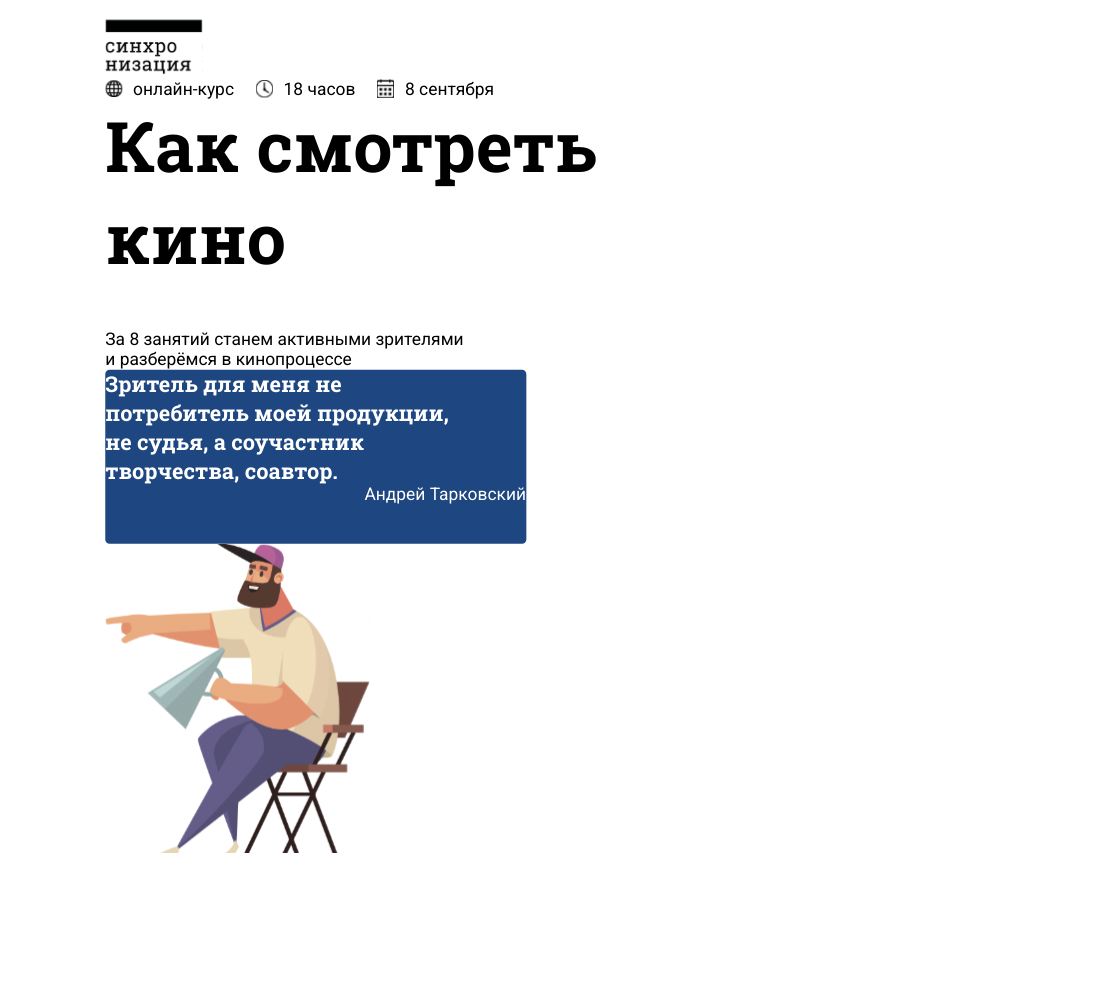
Repository: kubrazamanova/project1
Page: index.html
These files come from the project's save history. The page is drawn as it stood at one moment and after a run of saves; the edit follows.
The browser window is 1280 px wide. The pictures show the whole page, at 87% of full size.

Above is the page before, as saved 2023-09-09 12:52:42.

After the next 3 saves:
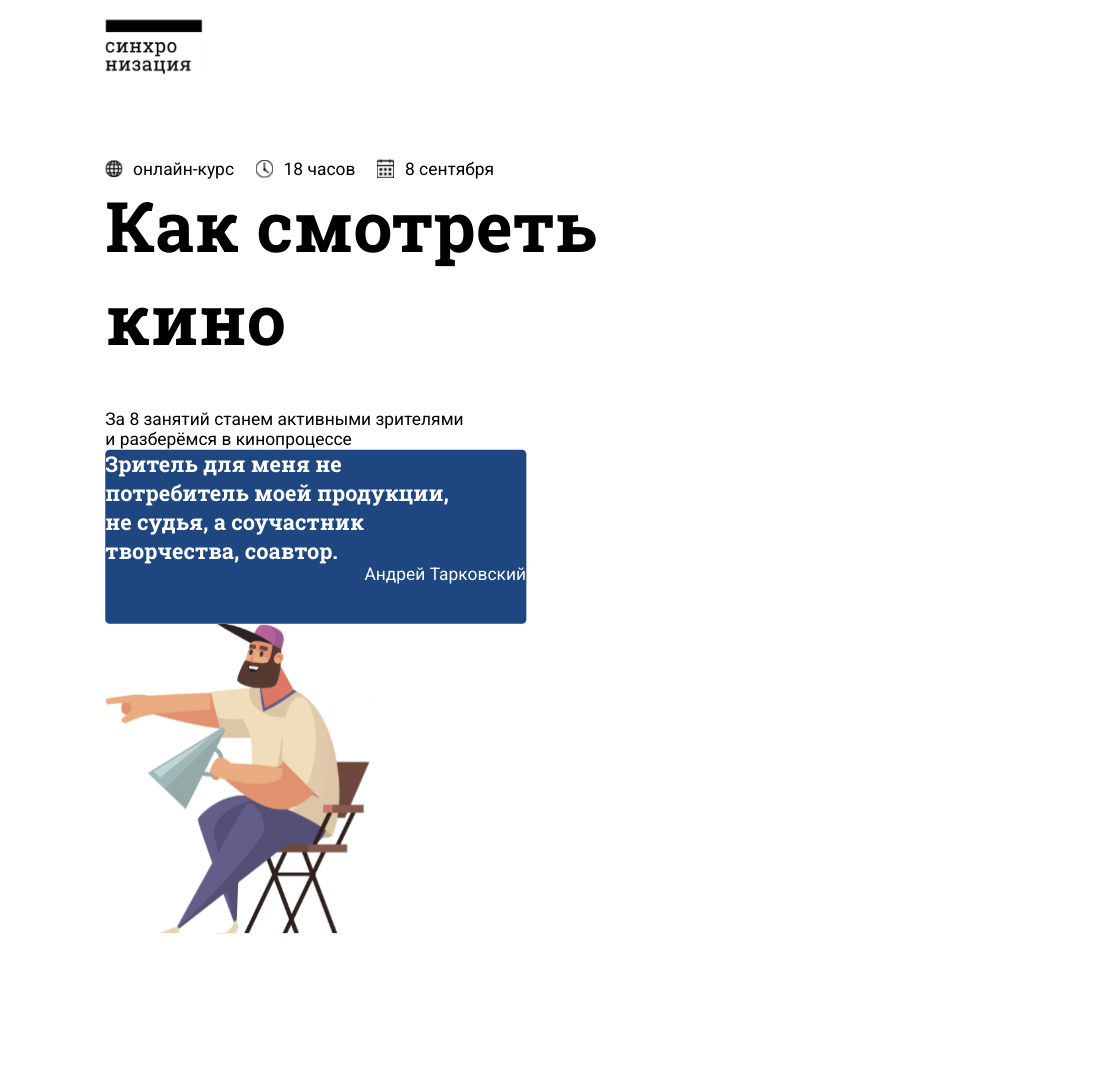
The 3 saves are shown as one change because they came seconds apart.
The last was saved 49 s later.
--- a/index.css
+++ b/index.css
@@ -12,6 +12,7 @@
     height: 66px;
 }
 .container ul {
+    margin-top: 92px;
     display: flex;
 }
 .container ul li {
